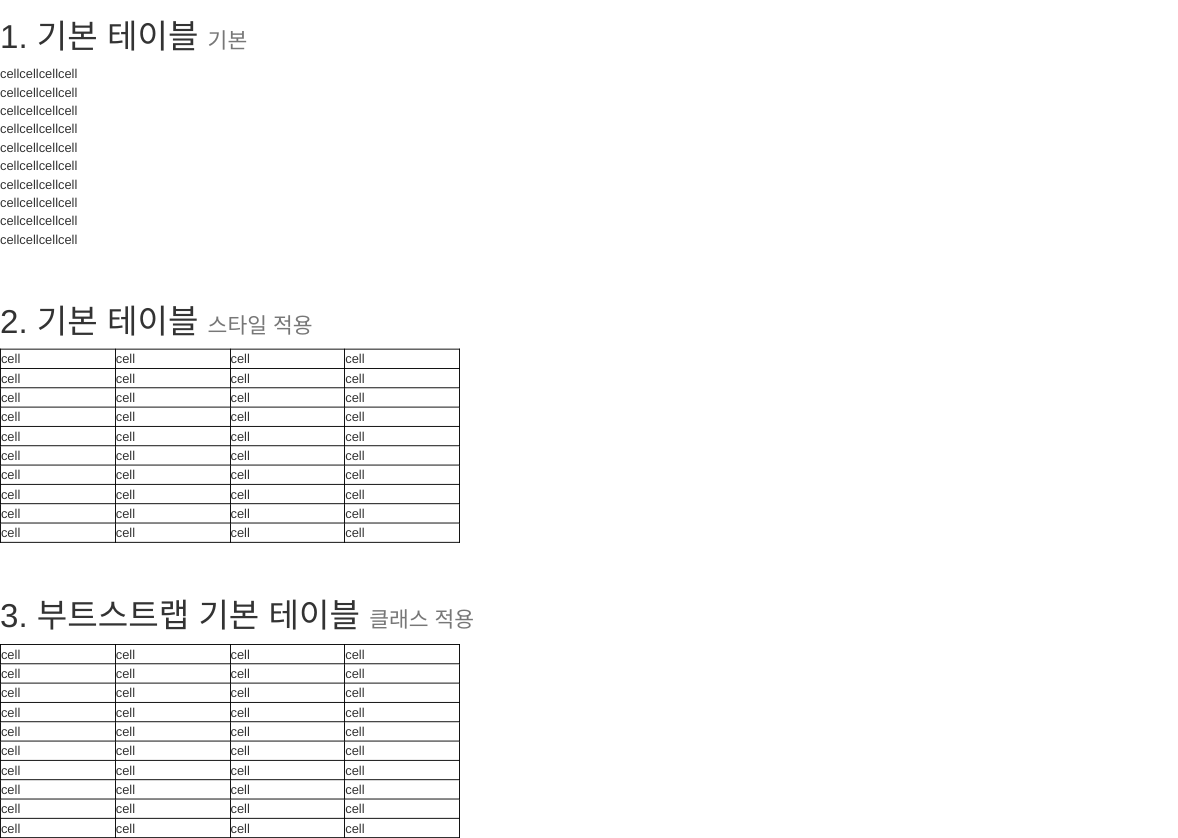
Repository: abbyinkr/BootstrapStudy
Page: BootStrapWork/WebContent/BootEx02.html
An editor plug-in stored every save of this project. The page is shown before and after the next save, followed by the edit.
The browser window is 1280 px wide. The pictures show the whole page, at 92% of full size.

Above is the page before, as saved 2021-07-01 03:34:06.

After the next save:
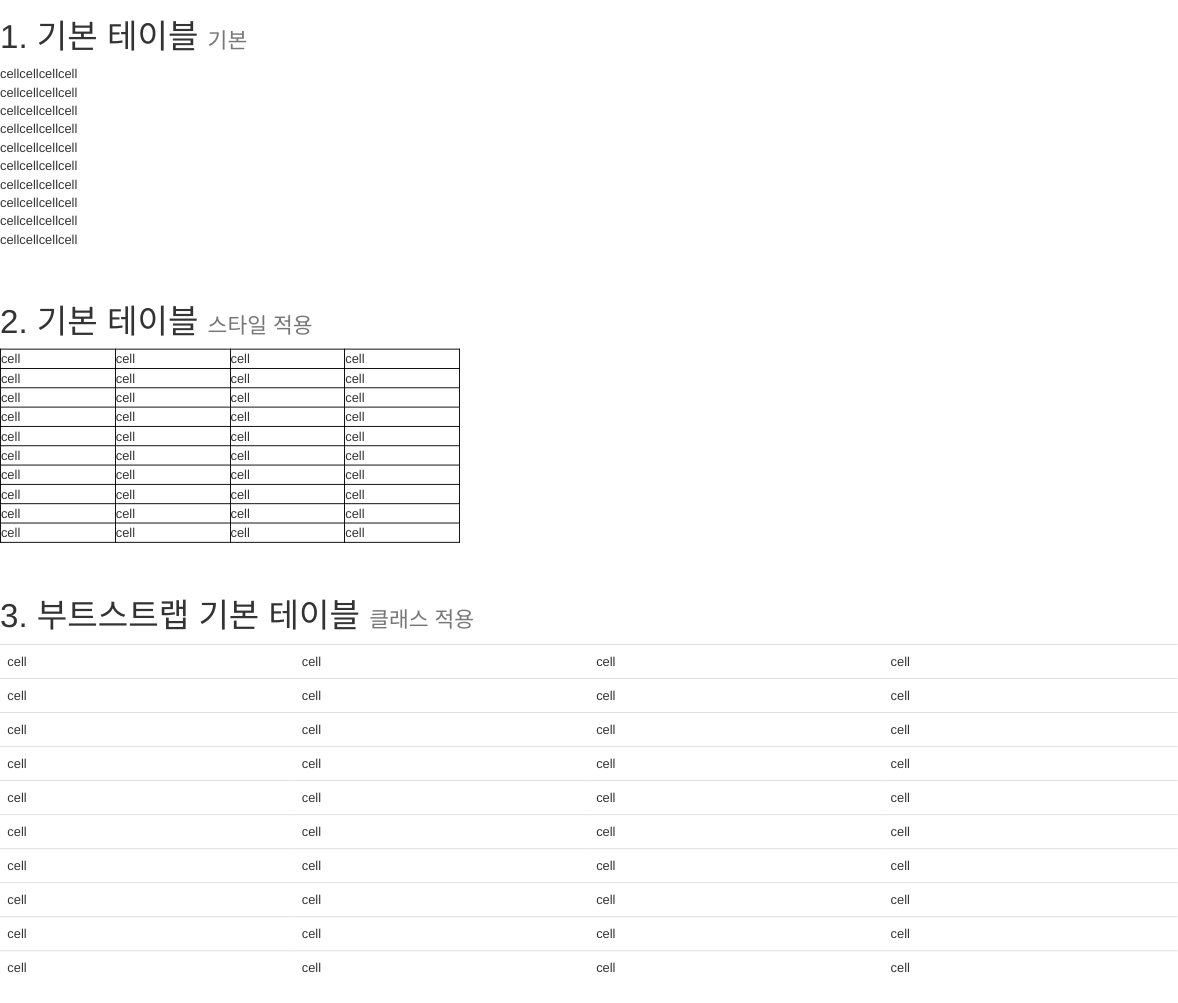
Saved 42 s later.
--- a/BootStrapWork/WebContent/BootEx02.html
+++ b/BootStrapWork/WebContent/BootEx02.html
@@ -170,7 +170,7 @@
 <h1>3. 부트스트랩 기본 테이블 <small>클래스 적용</small> </h1>
 
 <!-- table>(tr>td{cell}*4)*10 -->
-<table id="table">
+<table class="table">
 	<tr>
 		<td>cell</td>
 		<td>cell</td>
